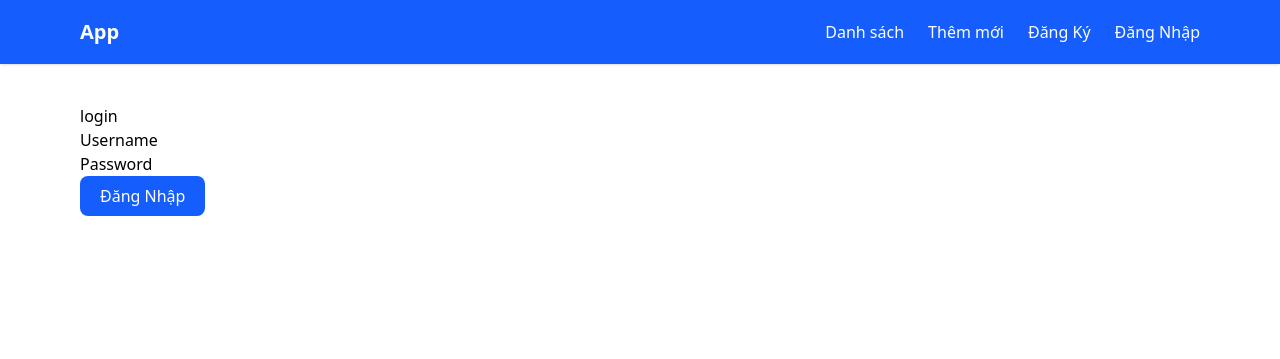
Repository: DODUCHUY195/Lap_Trinh_TypeScript
Page: /login
An editor plug-in stored every save of this project. The page is shown before and after the next save, followed by the edit.
The browser window is 1280 px wide. The pictures show the whole page.
The project was rebuilt for these pictures with package versions that can differ from the ones it lists, and the page was loaded fresh each time. Also part of the build but not shown: vite.config.ts, src/pages/List.tsx, src/pages/Add.tsx, src/base/http.ts, src/base/subjects.ts, src/base/index.ts, src/pages/Edit.tsx.

Above is the page before, as saved 2026-01-26 19:28:26.

After the next save:
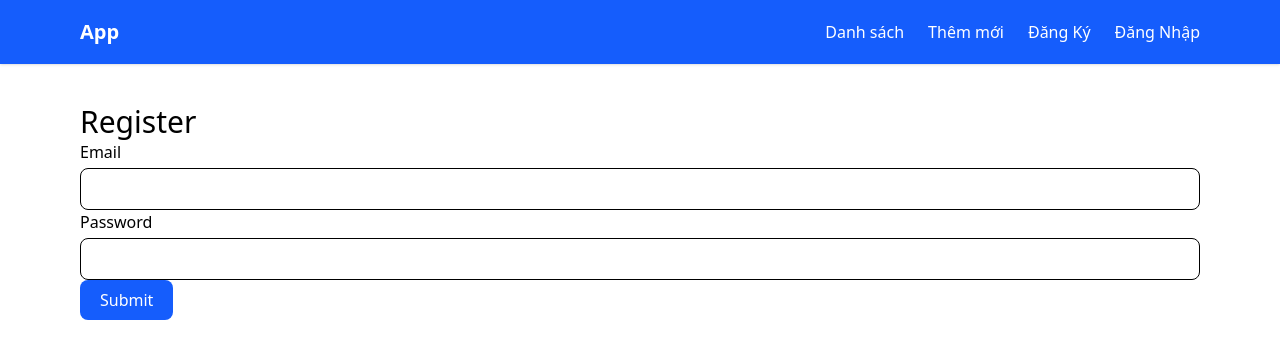
Saved 46 s later.
--- a/src/pages/AuthPage.tsx
+++ b/src/pages/AuthPage.tsx
@@ -1,55 +1,75 @@
+import axios from "axios";
 import { useForm } from "react-hook-form";
-import { toast } from "react-hot-toast";
+import toast from "react-hot-toast";
+import { useNavigate } from "react-router-dom";
 
-type BooleanProps = {
-    isRegister: boolean;
+type Props = {
+  isLogin?: boolean;
 };
 
-function AuthPage({ isRegister }: BooleanProps) {
-      const {
-        register,
-        handleSubmit,
-      } = useForm({});
-
-      const onSubmit = async (values: any) => {
+type FormValues = {
+  email: string;
+  password: string;
+};
+// zod validate schema {}
+function AuthPage({ isLogin }: Props) {
+  const nav = useNavigate();
+  const { register, handleSubmit } = useForm<FormValues>();
+  const onSubmit = async (values: FormValues) => {
     try {
-      const res = await fetch("/api/users", {
-        method: "POST",
-        headers: { "Content-Type": "application/json" },
-        body: JSON.stringify(values),
-      });
-      if (!res.ok) return;
-      await res.json();
-      toast.success("Thêm thành công");
-
-    } catch {
-      toast.error("Thêm thất bại");
+      if (isLogin) {
+        // login
+        const { data } = await axios.post(
+          "http://localhost:3000/login",
+          values,
+        );
+        localStorage.setItem("accessToken", data.accessToken);
+        toast.success("Đăng nhập thành công");
+        nav("/list");
+      } else {
+        // register
+        await axios.post("http://localhost:3000/register", values);
+        toast.success("Đăng ký thành công");
+        nav("/login");
+      }
+    } catch (error) {
+      console.log(error);
     }
   };
-
-  return <div>
-
-    {isRegister ? "register" : "login"}
-    <form onSubmit={handleSubmit(onSubmit)}>
+  return (
+    <div className="">
+      <h1 className="text-3xl">{isLogin ? "Login" : "Register"}</h1>
+      <form onSubmit={handleSubmit(onSubmit)}>
         <div>
-            <label htmlFor="username">Username</label>
-            <input {...register("username")} type="text" id="username" name="username" />
-
+          <label htmlFor="text" className="block font-medium mb-1">
+            Email
+          </label>
+          <input
+            {...register("email")}
+            type="email"
+            className="w-full border rounded-lg px-3 py-2 focus:outline-none focus:ring-2 focus:ring-blue-500"
+          />
         </div>
-
         <div>
-            <label htmlFor="password">Password</label>
-            <input {...register("password")} type="password" id="password" name="password" />
+          <label htmlFor="text" className="block font-medium mb-1">
+            Password
+          </label>
+          <input
+            {...register("password")}
+            type="password"
+            className="w-full border rounded-lg px-3 py-2 focus:outline-none focus:ring-2 focus:ring-blue-500"
+          />
         </div>
 
         <button
           type="submit"
-          className="px-5 py-2 bg-blue-600 text-white rounded-lg hover:bg-blue-700 transition disabled:opacity-50"
+          className="px-5 py-2 bg-blue-600 text-white rounded-lg hover:bg-blue-700 transition"
         >
-            {isRegister ? "Đăng Ký" : "Đăng Nhập"}
+          Submit
         </button>
-    </form>
-  </div>;
+      </form>
+    </div>
+  );
 }
 
 export default AuthPage;
